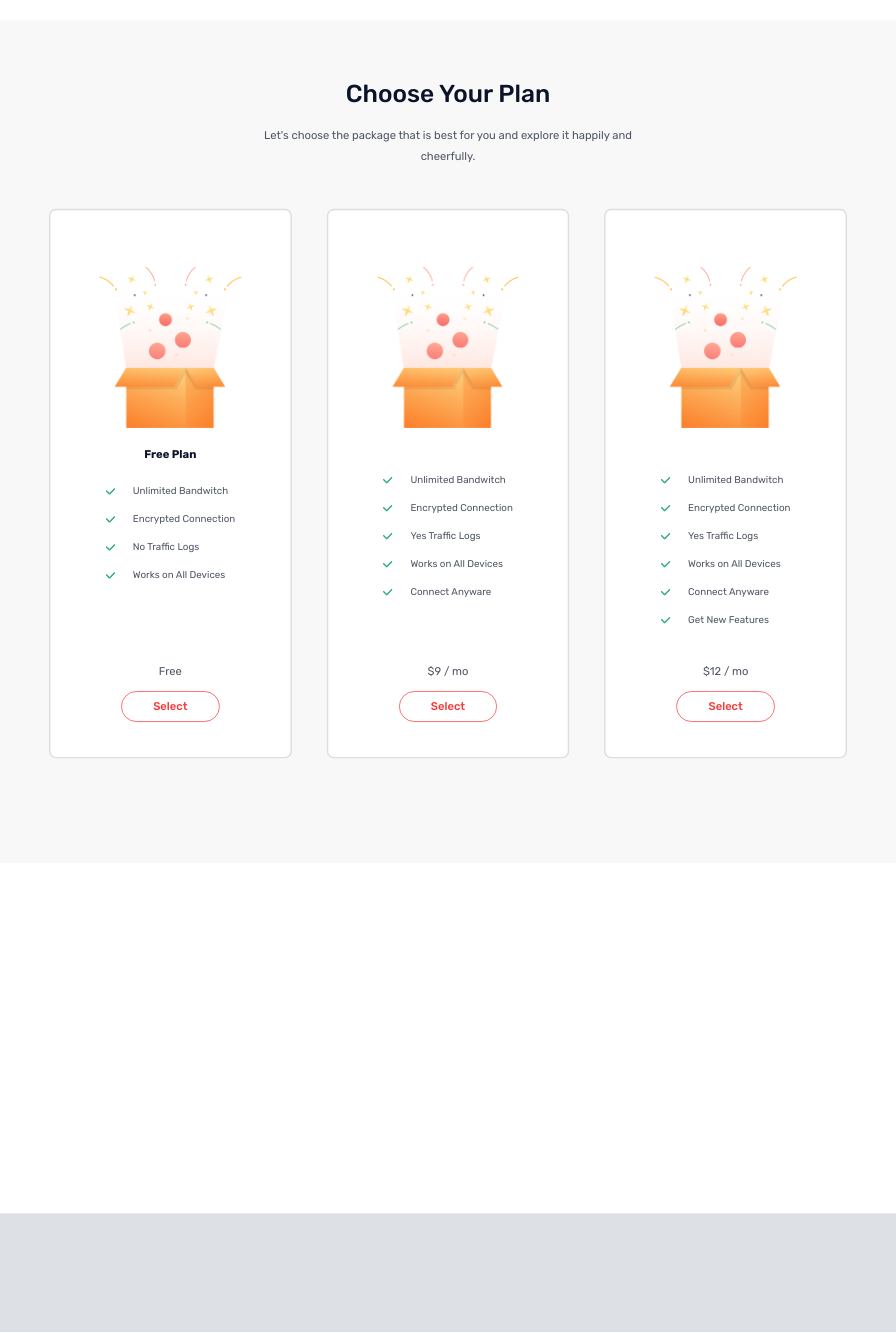
Repository: dangpham205/LaslesVPN-Landing-Page
Page: index.html
An editor plug-in stored every save of this project. The page is shown before and after the next save, followed by the edit.
The browser window is 1280 px wide. The pictures show the part of the page from y = 1425 to 3345 px (the page is 3329 px tall before and 3345 px after), at 70% of full size.

Above is the page before, as saved 2022-07-20 14:53:54.

After the next save:
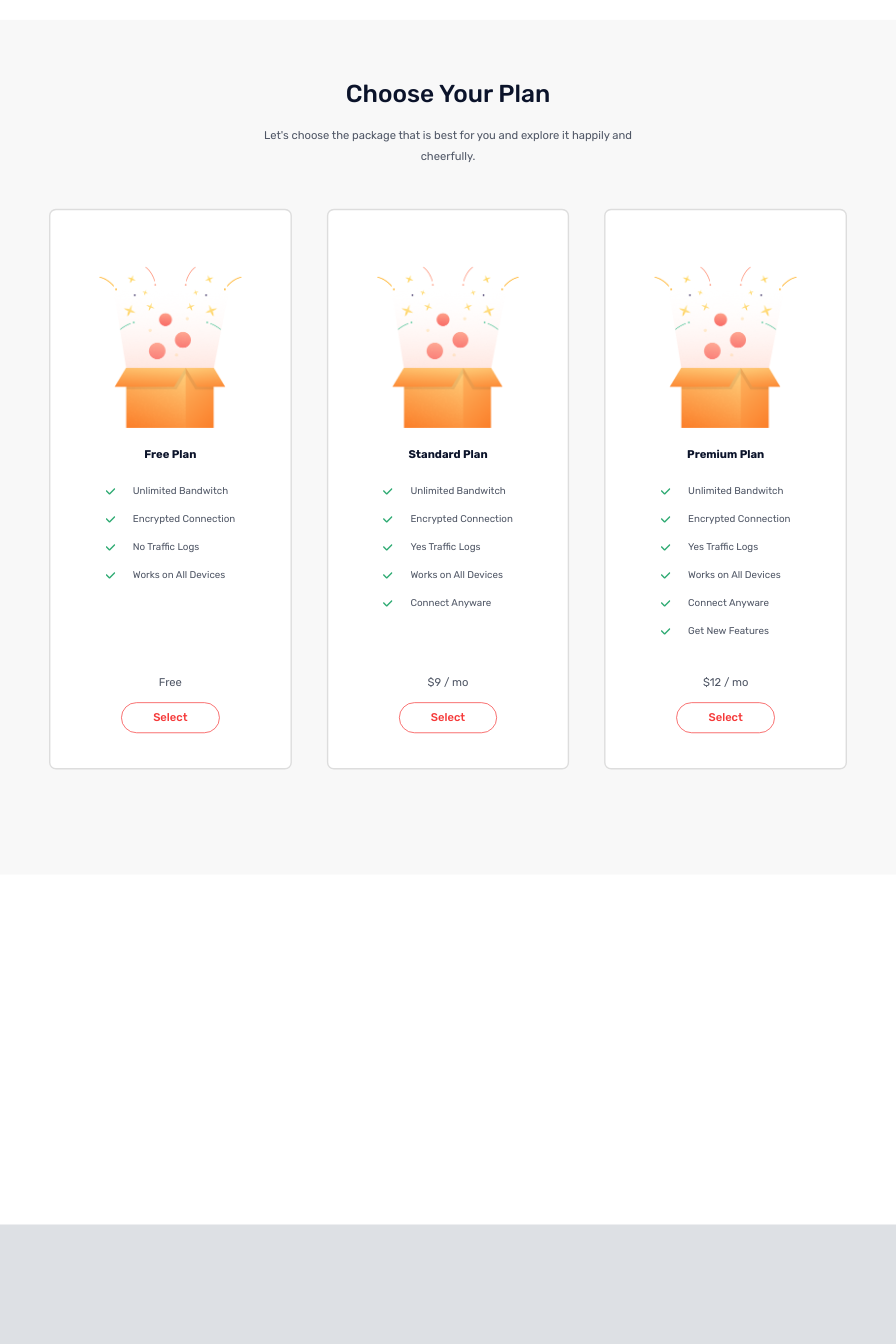
Saved 34 s later.
--- a/index.html
+++ b/index.html
@@ -173,7 +173,7 @@
                                 <div class="plan__item-image">
                                     <img src="" alt="" srcset="./assets/img/plan.png">
                                 </div>
-                                <h4 class="plan__item-title"></h4>
+                                <h4 class="plan__item-title">Standard Plan</h4>
                                 <ul class="plan__item-details">
                                     <li class="plan__item-detail">
                                         <img src="./assets/img/ic-check-line.svg" alt="">
@@ -203,7 +203,7 @@
                                 <div class="plan__item-image">
                                     <img src="" alt="" srcset="./assets/img/plan.png">
                                 </div>
-                                <h4 class="plan__item-title"></h4>
+                                <h4 class="plan__item-title">Premium Plan</h4>
                                 <ul class="plan__item-details">
                                     <li class="plan__item-detail">
                                         <img src="./assets/img/ic-check-line.svg" alt="">
